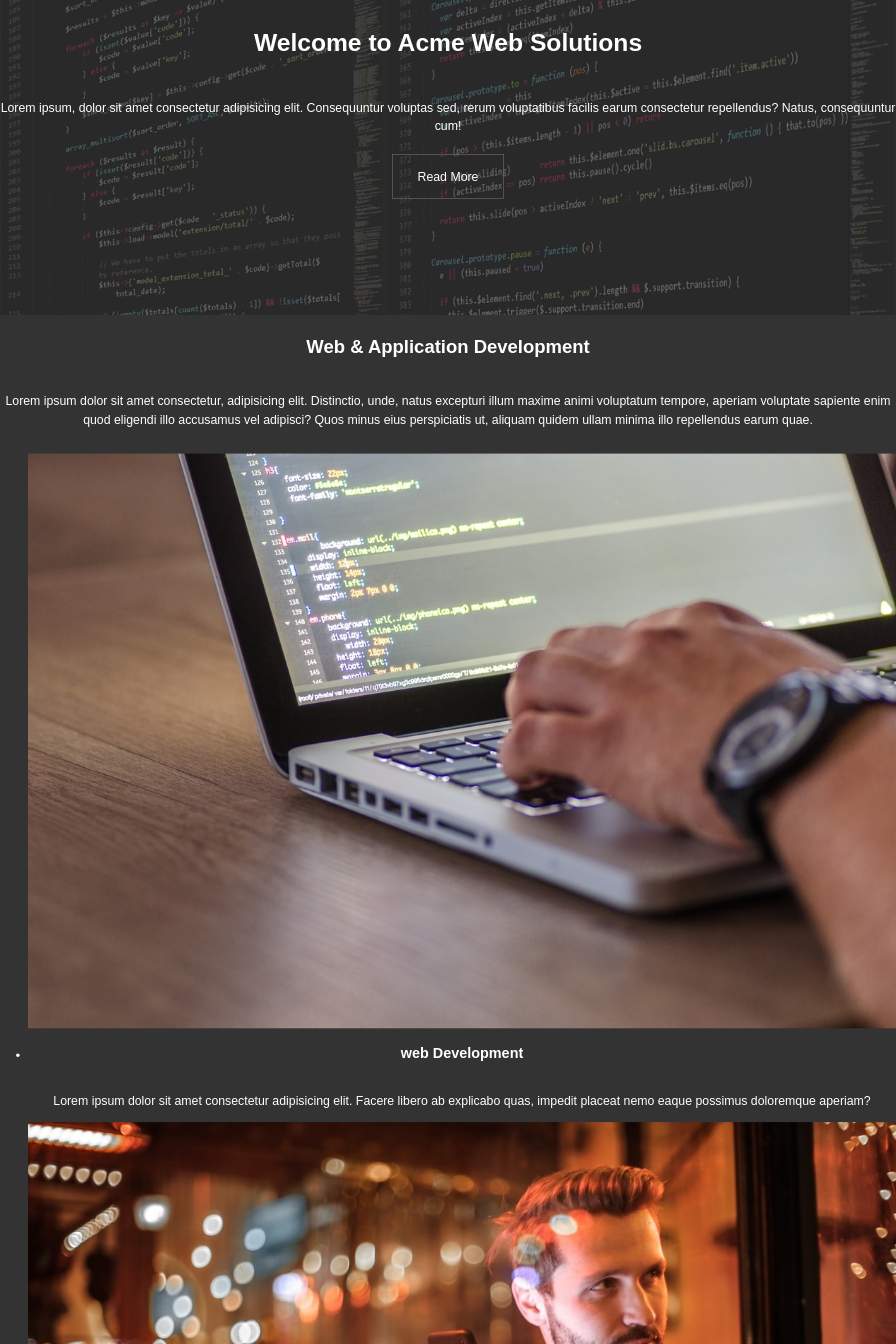
Repository: ErikBaer/MobileFirst
Page: index.html
The author's editor kept a copy of each file at every save. The page is drawn from the files as they stood at one save, then again after the next save.
The browser window is 1280 px wide. The pictures show the part of the page from y = 0 to 1920 px (the page is 4144 px tall), at 70% of full size.

Above is the page before, as saved 2020-02-15 02:57:09.

After the next save:
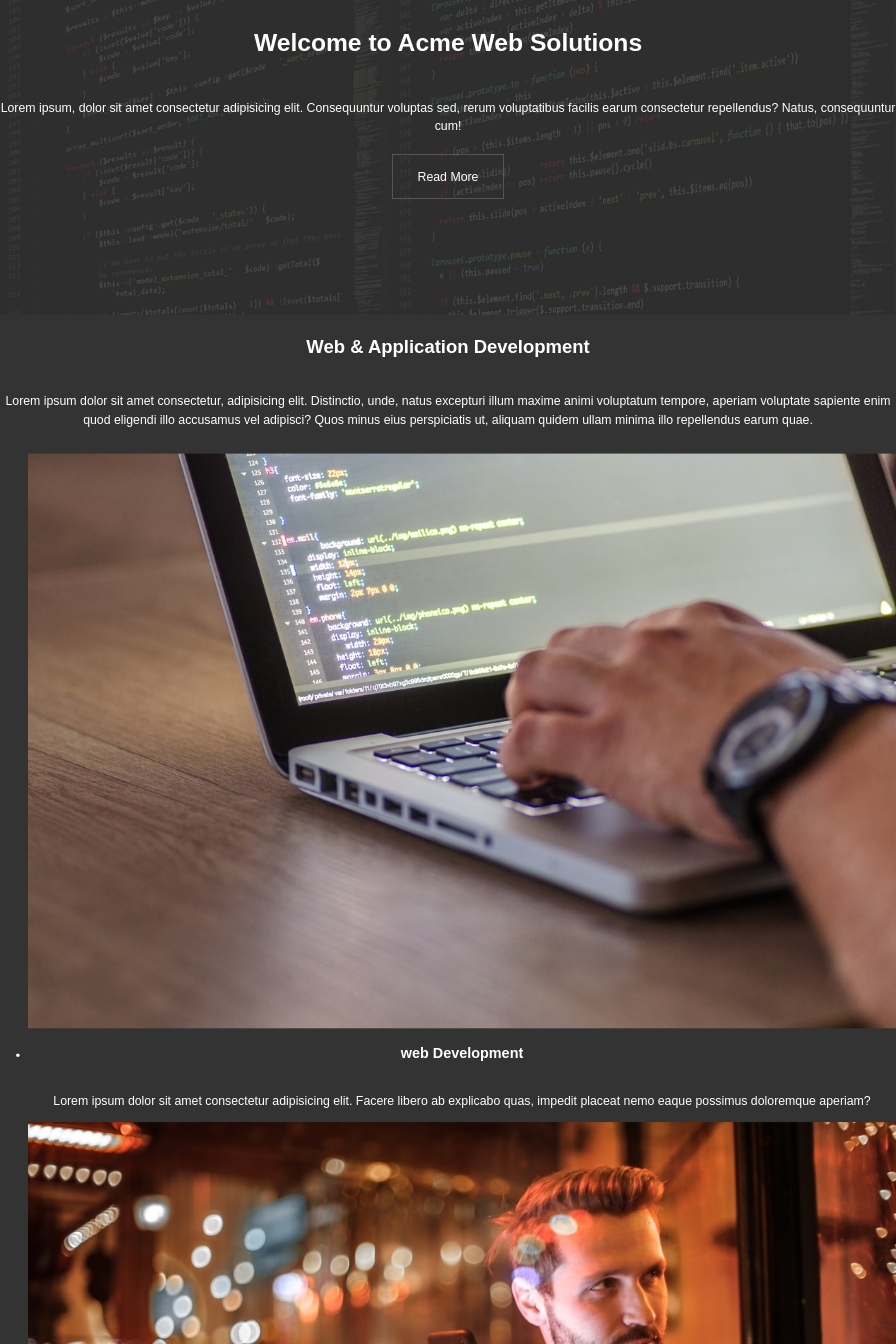
Saved 7 s later.
--- a/style.css
+++ b/style.css
@@ -56,5 +56,5 @@ p {
     width: 100%;
     height: 450px;
     z-index: -1;
-    opacity: 0.4;
+    opacity: 0.2;
 }

After the save that followed:
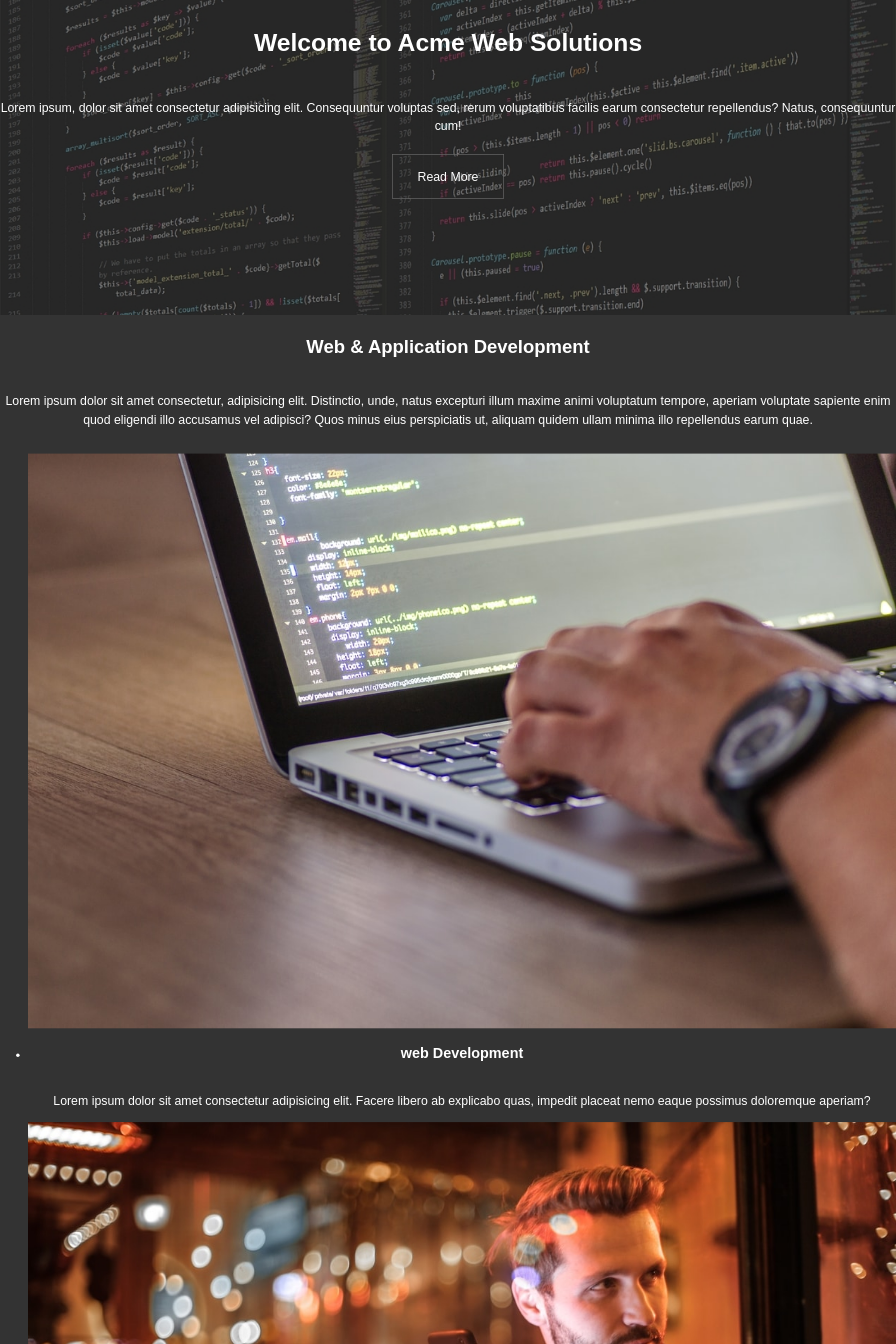
Saved 7 s later.
--- a/style.css
+++ b/style.css
@@ -56,5 +56,5 @@ p {
     width: 100%;
     height: 450px;
     z-index: -1;
-    opacity: 0.2;
+    opacity: 0.5;
 }
